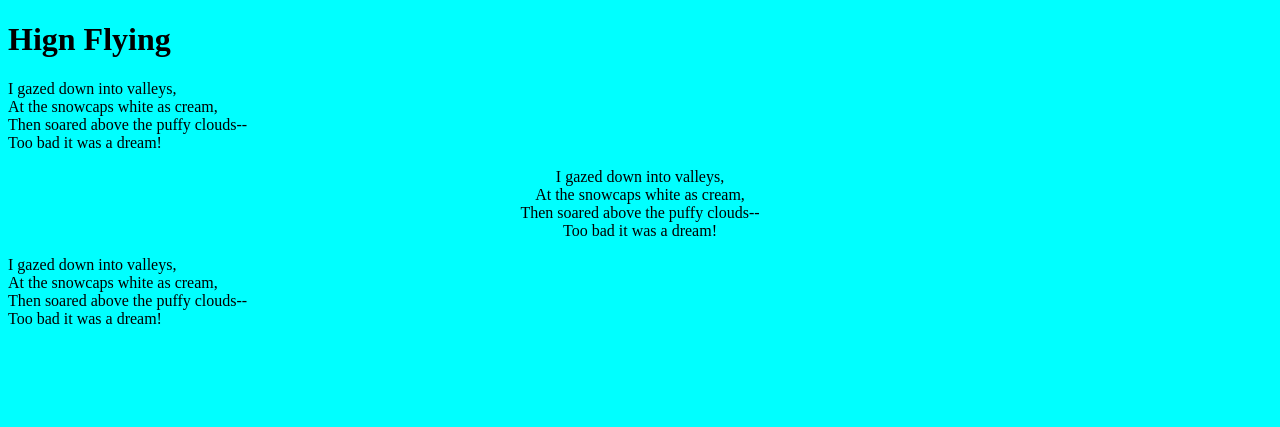
Repository: PhamChiXuan1/HTCNW_tuan3_DHCNTT16C_PhamChiXuan_20030131
Page: bt3b.html
The author's editor kept a copy of each file at every save. The page is drawn from the files as they stood at one save, then again after the next save.
The browser window is 1280 px wide. The pictures show the whole page.

Above is the page before, as saved 2022-02-26 20:36:32.

### bt3b.html
<!DOCTYPE html>
<html lang="en">
<head>
    <meta charset="UTF-8">
    <meta http-equiv="X-UA-Compatible" content="IE=edge">
    <meta name="viewport" content="width=device-width, initial-scale=1.0">
    <title>Document</title>
</head>
<body style="background-color: aqua;">
    <H1>Hign Flying</H1>
    <P>I gazed down into valleys,<br>At the snowcaps white as cream,<br>Then soared above the puffy clouds-- <br>Too bad it was a dream!</b></P>
    <center><P>I gazed down into valleys,<br>At the snowcaps white as cream,<br>Then soared above the puffy clouds-- <br>Too bad it was a dream!</b></P></center>
    <P>I gazed down into valleys,<br>At the snowcaps white as cream,<br>Then soared above the puffy clouds-- <br>Too bad it was a dream!</b></P>
</body>
</html>

After the next save:
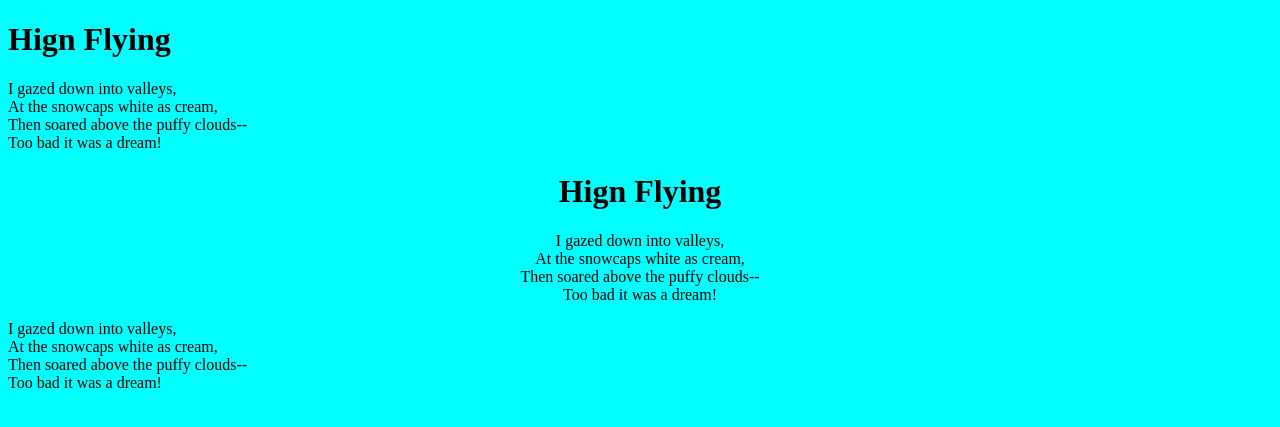
Saved 23 s later.
--- a/bt3b.html
+++ b/bt3b.html
@@ -9,7 +9,7 @@
 <body style="background-color: aqua;">
     <H1>Hign Flying</H1>
     <P>I gazed down into valleys,<br>At the snowcaps white as cream,<br>Then soared above the puffy clouds-- <br>Too bad it was a dream!</b></P>
-    <center><P>I gazed down into valleys,<br>At the snowcaps white as cream,<br>Then soared above the puffy clouds-- <br>Too bad it was a dream!</b></P></center>
+    <center><H1>Hign Flying</H1><P>I gazed down into valleys,<br>At the snowcaps white as cream,<br>Then soared above the puffy clouds-- <br>Too bad it was a dream!</b></P></center>
     <P>I gazed down into valleys,<br>At the snowcaps white as cream,<br>Then soared above the puffy clouds-- <br>Too bad it was a dream!</b></P>
 </body>
 </html>
